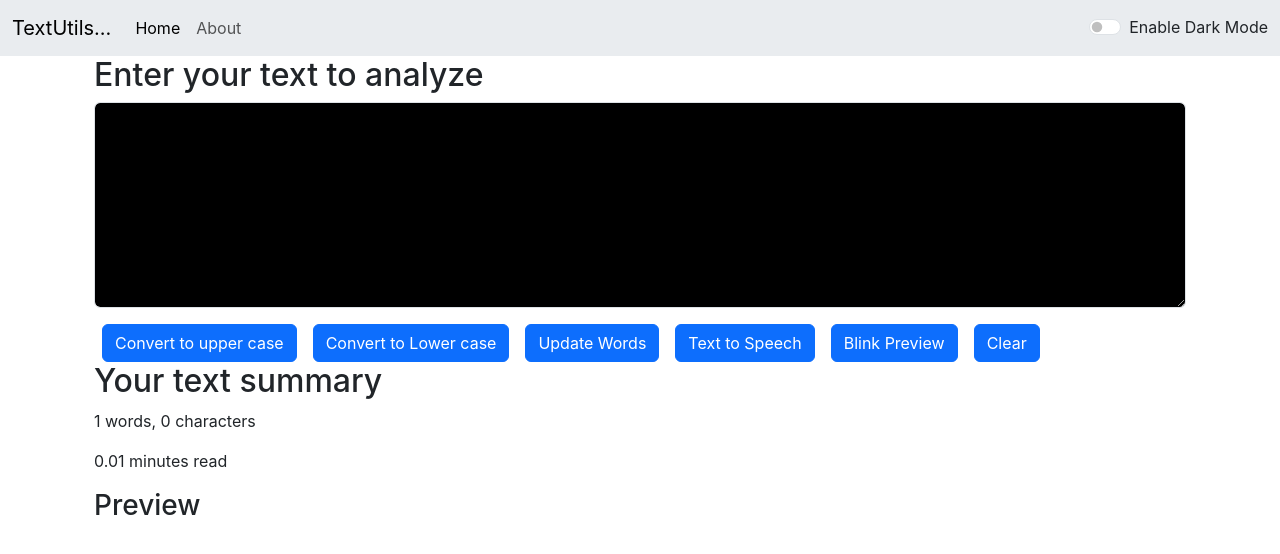
Repository: SujanNagaju/react-demo
Page: /
These files come from the project's save history. The page is drawn as it stood at one moment and after a run of saves; the edit follows.
The browser window is 1280 px wide. The pictures show the whole page.
The project was rebuilt for these pictures with package versions that can differ from the ones it lists, and the page was loaded fresh each time. Also part of the build but not shown: src/App.css.

Above is the page before, as saved 2024-12-29 16:51:51.

After the next 2 saves:
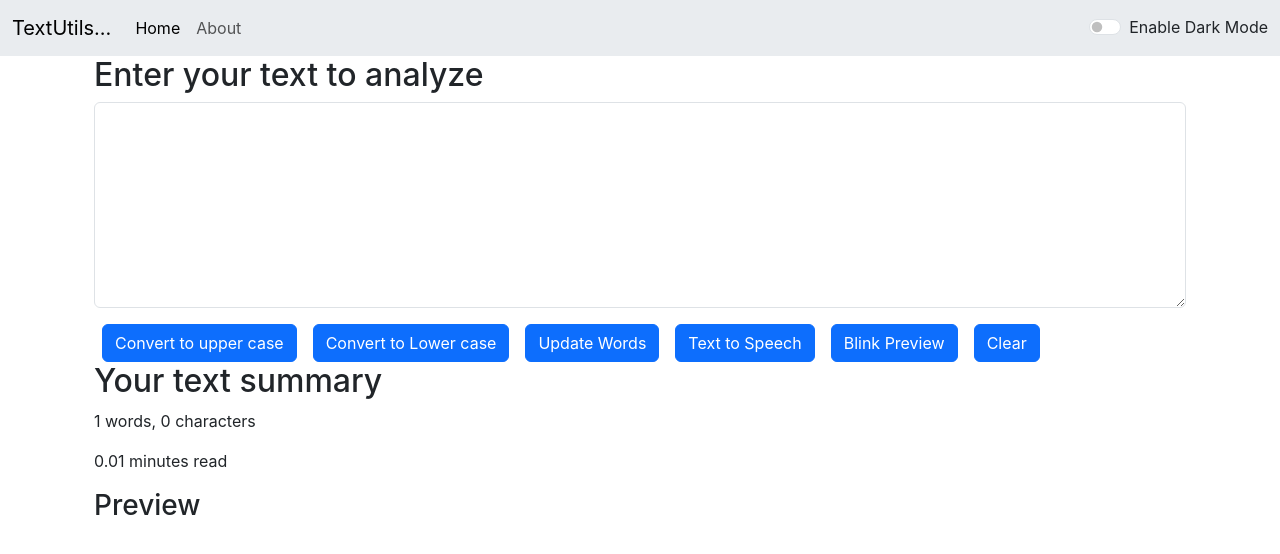
The 2 saves are shown as one change because they came seconds apart.
The last was saved 15 s later.
--- a/src/components/TextForm.js
+++ b/src/components/TextForm.js
@@ -68,7 +68,7 @@ export default function TextForm(props) {
       <div className="container">
         <h2>{props.heading}</h2>
           <div className="mb-3">
-              <textarea className="form-control" id="textBox" onChange={handleOnChange} style={{backgroundColor: props.mode === 'light' ? 'black' : 'white'}} value={text} rows="8"></textarea>
+              <textarea className="form-control" id="textBox" onChange={handleOnChange} style={{backgroundColor: props.mode === 'light' ? 'white' : 'black'}} value={text} rows="8"></textarea>
           </div>
           <button className="btn btn-primary mx-2" onClick={handleUpClick}>Convert to upper case</button>
           <button className="btn btn-primary mx-2" onClick={handleLowerClick}>Convert to Lower case</button>
